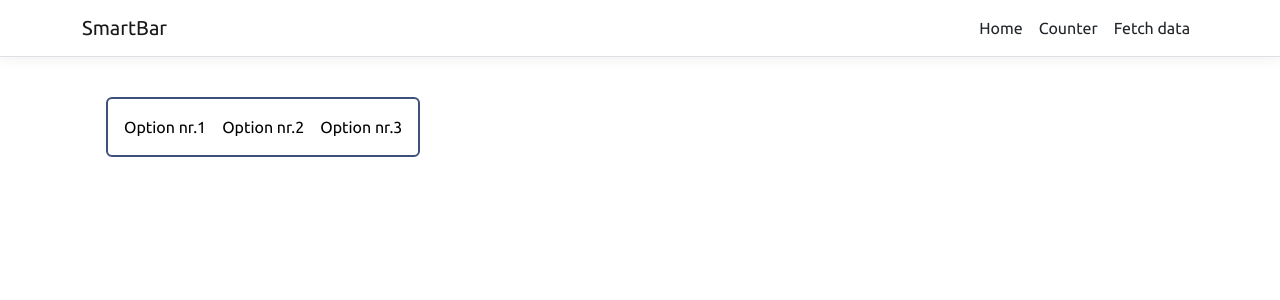
Repository: dropauteriai/SmartBarFrontEnd
Page: /
An editor plug-in stored every save of this project. The page is shown before and after a run of saves, followed by the edit.
The browser window is 1280 px wide. The pictures show the whole page.
The page's requests for data from a server got no answer. The project was rebuilt for these pictures with package versions that can differ from the ones it lists, and the page was loaded fresh each time. No one was signed in, and anything a server would have sent is missing. Also part of the build but not shown: src/components/Counter.js, src/components/FetchData.js, src/components/Card.js, src/components/SideBar.js.

Above is the page before, as saved 2023-02-14 05:53:48.

### public/index.html
<!DOCTYPE html>
<html lang="en">
  <head>
    <meta charset="utf-8" />
    <meta
      name="viewport"
      content="width=device-width, initial-scale=1, shrink-to-fit=no"
    />
    <meta name="theme-color" content="#000000" />
    <base href="%PUBLIC_URL%/" />
    <!--
      manifest.json provides metadata used when your web app is added to the
      homescreen on Android. See https://developers.google.com/web/fundamentals/engage-and-retain/web-app-manifest/
    -->
    <link rel="manifest" href="%PUBLIC_URL%/manifest.json" />
    <link rel="shortcut icon" href="%PUBLIC_URL%/favicon.ico" />
    <link
      href="https://fonts.googleapis.com/css2?family=Ubuntu:ital,wght@0,300;0,400;0,500;0,700;1,300;1,400;1,500;1,700&display=swap"
      rel="stylesheet"
    />

    <!--
      Notice the use of %PUBLIC_URL% in the tags above.
      It will be replaced with the URL of the `public` folder during the build.
      Only files inside the `public` folder can be referenced from the HTML.

      Unlike "/favicon.ico" or "favicon.ico", "%PUBLIC_URL%/favicon.ico" will
      work correctly both with client-side routing and a non-root public URL.
      Learn how to configure a non-root public URL by running `npm run build`.
    -->
    <link
      rel="stylesheet"
      href="https://cdnjs.cloudflare.com/ajax/libs/font-awesome/6.2.1/css/all.min.css"
      integrity="sha512-MV7K8+y+gLIBoVD59lQIYicR65iaqukzvf/nwasF0nqhPay5w/9lJmVM2hMDcnK1OnMGCdVK+iQrJ7lzPJQd1w=="
      crossorigin="anonymous"
      referrerpolicy="no-referrer"
    />
    <title>SmartBar</title>
  </head>
  <body>
    <noscript> You need to enable JavaScript to run this app. </noscript>
    <div id="root"></div>
    <!--
      This HTML file is a template.
      If you open it directly in the browser, you will see an empty page.

      You can add webfonts, meta tags, or analytics to this file.
      The build step will place the bundled scripts into the <body> tag.

      To begin the development, run `npm start` or `yarn start`.
      To create a production bundle, use `npm run build` or `yarn build`.
    -->
  </body>
</html>

### src/index.js
import 'bootstrap/dist/css/bootstrap.css';
import React from 'react';
import { createRoot } from 'react-dom/client';
import { BrowserRouter } from 'react-router-dom';
import App from './App';
//import * as serviceWorkerRegistration from './serviceWorkerRegistration';
import reportWebVitals from './reportWebVitals';

const baseUrl = document.getElementsByTagName('base')[0].getAttribute('href');
const rootElement = document.getElementById('root');
const root = createRoot(rootElement);

root.render(
  <BrowserRouter basename={baseUrl}>
    <App />
  </BrowserRouter>);

// If you want your app to work offline and load faster, you can change
// unregister() to register() below. Note this comes with some pitfalls.
// Learn more about service workers: https://cra.link/PWA
//serviceWorkerRegistration.unregister();

// If you want to start measuring performance in your app, pass a function
// to log results (for example: reportWebVitals(console.log))
// or send to an analytics endpoint. Learn more: https://bit.ly/CRA-vitals
reportWebVitals();

### src/App.js
import React, { Component } from 'react';
import { Route, Routes } from 'react-router-dom';
import AppRoutes from './AppRoutes';
import { Layout } from './components/Layout';
import './custom.css';
import './css/bootstrap.css';

export default class App extends Component {
  static displayName = App.name;

  render() {
    return (
      <Layout>
        <Routes>
          {AppRoutes.map((route, index) => {
            const { element, ...rest } = route;
            return <Route key={index} {...rest} element={element} />;
          })}
        </Routes>
      </Layout>
    );
  }
}

### src/custom.css
/* Provide sufficient contrast against white background */
* {
  font-family: "Ubuntu", sans-serif;
}

### src/components/Home.js
import React, { Component } from "react";
import { Container, Col } from "react-bootstrap";
import Card from "./Card.js";
import SideBar from "./SideBar.js";
import Row from "react-bootstrap/Row";
import Popup from "./Popup.js";

export class Home extends Component {
  static displayName = Home.name;

  constructor(props) {
    super(props);
    this.state = { tables: [], loading: true };
  }

  componentDidMount() {
    this.populateTableData();
  }

  static renderTableList(tables) {
    return (
      <Row xs={1} md={2}>
        {tables.map((table, index, tables) => {
          <Card name={table.name} id={table.id} />;
        })}
      </Row>
    );
  }
  render() {
    // let contents = this.state.loading ? (
    //   <p>
    //     <em>Loading...</em>
    //   </p>
    // ) : (
    //   (contents = this.renderTableList(this.state.tables))
    // );
    let contents;
    if (this.state.loading) {
      contents = (
        <p>
          <em>Loading...</em>
        </p>
      );
    } else {
      contents = Home.renderTableList(this.state.tables);
      console.log(contents);
    }

    return (
      <div className="row p-4">
        {this.state.tables.map((table, index) => (
          <Card name={table.name} />
        ))}
        <Popup/>
      </div>
    );
  }

  async populateTableData() {
    const response = await fetch("https://localhost:5001/Table");
    const data = await response.json();
    this.setState({ tables: data, loading: false });
  }
}

### src/components/NavMenu.js
import React, { Component } from 'react';
import { Collapse, Navbar, NavbarBrand, NavbarToggler, NavItem, NavLink } from 'reactstrap';
import { Link } from 'react-router-dom';
import './NavMenu.css';

export class NavMenu extends Component {
  static displayName = NavMenu.name;

  constructor (props) {
    super(props);

    this.toggleNavbar = this.toggleNavbar.bind(this);
    this.state = {
      collapsed: true
    };
  }

  toggleNavbar () {
    this.setState({
      collapsed: !this.state.collapsed
    });
  }

  render() {
    return (
      <header>
        <Navbar className="navbar-expand-sm navbar-toggleable-sm ng-white border-bottom box-shadow mb-3" container light>
          <NavbarBrand tag={Link} to="/">SmartBar</NavbarBrand>
          <NavbarToggler onClick={this.toggleNavbar} className="mr-2" />
          <Collapse className="d-sm-inline-flex flex-sm-row-reverse" isOpen={!this.state.collapsed} navbar>
            <ul className="navbar-nav flex-grow">
              <NavItem>
                <NavLink tag={Link} className="text-dark" to="/">Home</NavLink>
              </NavItem>
              <NavItem>
                <NavLink tag={Link} className="text-dark" to="/counter">Counter</NavLink>
              </NavItem>
              <NavItem>
                <NavLink tag={Link} className="text-dark" to="/fetch-data">Fetch data</NavLink>
              </NavItem>
            </ul>
          </Collapse>
        </Navbar>
      </header>
    );
  }
}

### src/components/Popup.js
import React from "react";

export default function Popup() {
  return (
    <div className="d-inline-flex">
      <div className="p-2 align-items-center justify-content-center border border-2 border-secondary rounded">
        <button className="p-2 border-0 align-items-center justify-content-center bg-white">
          Option nr.1
        </button>
        <button className="p-2 border-0 align-items-center justify-content-center bg-white">
          Option nr.2
        </button>
        <button className="p-2 border-0 align-items-center justify-content-center bg-white">
          Option nr.3
        </button>
      </div>
    </div>
  );
}

Loaded but not shown: src/reportWebVitals.js (common file); src/AppRoutes.js (common file); src/components/Layout.js (common file); src/css/bootstrap.css (library); src/components/NavMenu.css (common file)

After the next 2 saves:
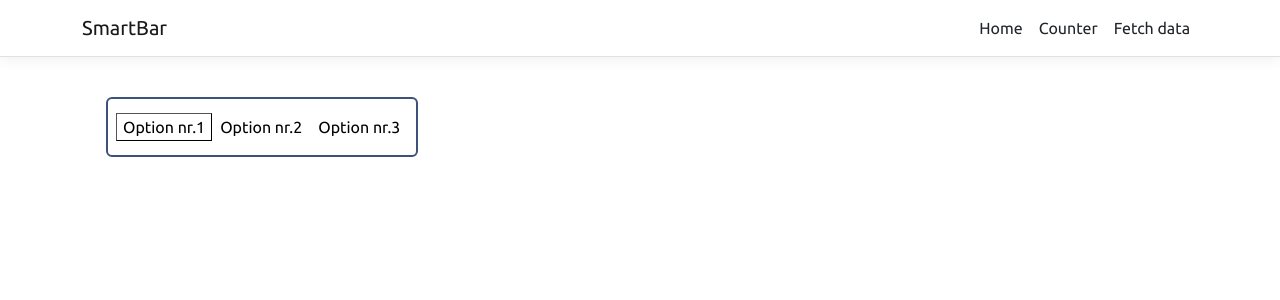
The 2 saves are shown as one change because they came seconds apart.
The last was saved 20 s later.
--- a/src/components/Popup.js
+++ b/src/components/Popup.js
@@ -4,7 +4,7 @@ export default function Popup() {
   return (
     <div className="d-inline-flex">
       <div className="p-2 align-items-center justify-content-center border border-2 border-secondary rounded">
-        <button className="p-2 border-0 align-items-center justify-content-center bg-white">
+        <button className=" border-1 align-items-center justify-content-center bg-white">
           Option nr.1
         </button>
         <button className="p-2 border-0 align-items-center justify-content-center bg-white">
